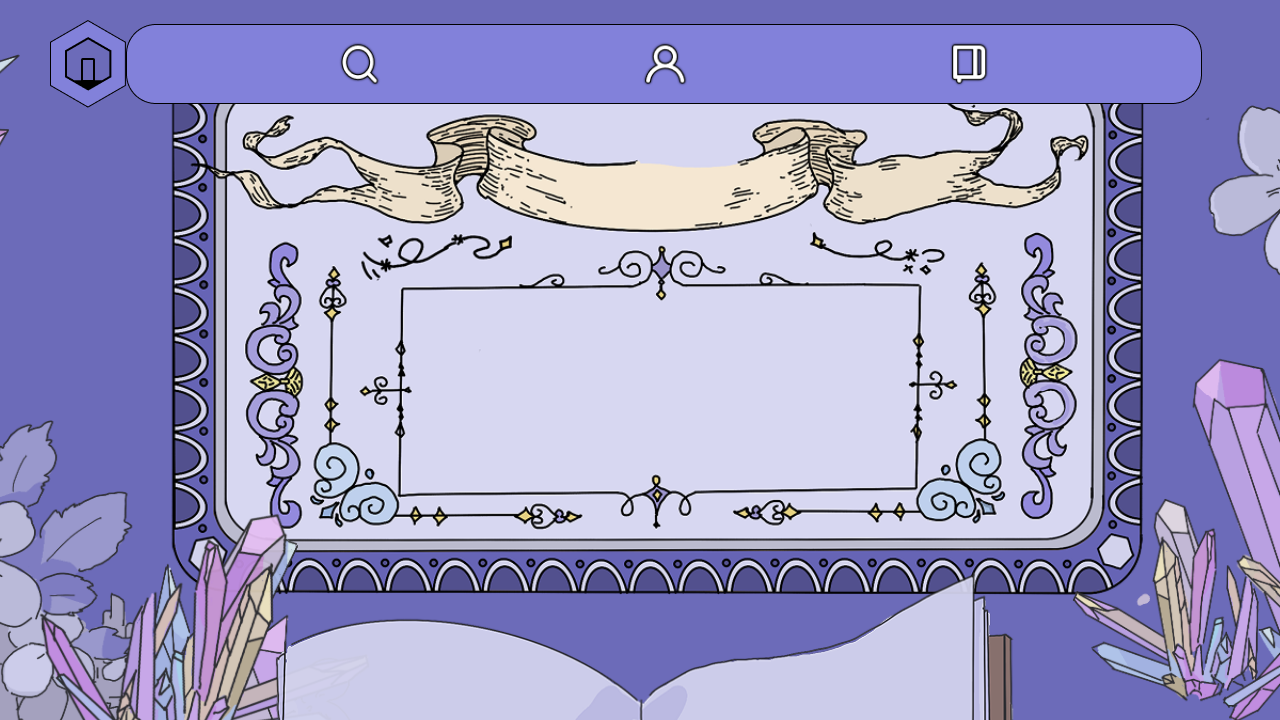
Repository: carolmmc/BabelLibrary
Page: shelf.html
An editor plug-in stored every save of this project. The page is shown before and after the next save, followed by the edit.
The browser window is 1280 px wide. The pictures show the window.
A layer covers the whole window, so only the first screen is drawn.

Above is the page before, as saved 2025-05-07 18:09:09.

After the next save:
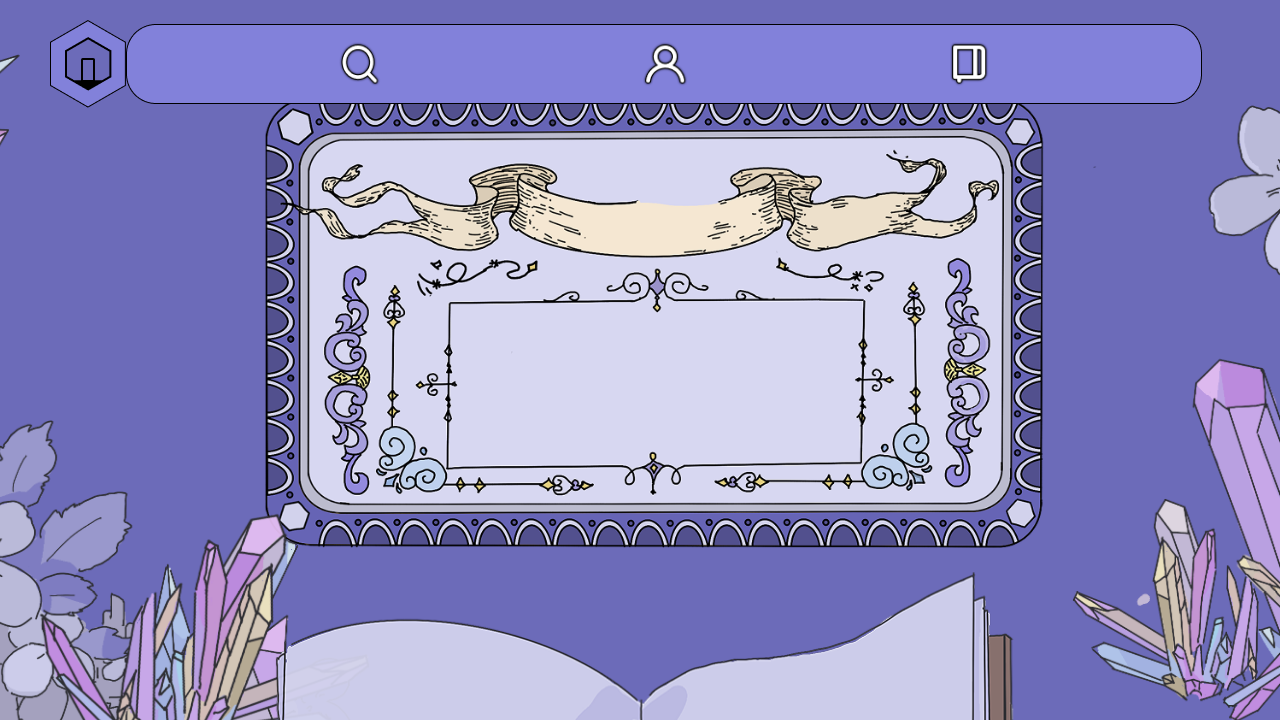
Saved 4 min 18 s later.
--- a/shelf.html
+++ b/shelf.html
@@ -100,8 +100,8 @@
 
         /* 添加书架图片容器样式 */
         .shelf-image-container {
-            width: 1674px;
-            height: 942px;
+            width: 1339px;
+            height: 754px;
             flex-shrink: 0;
             aspect-ratio: 279/157;
             display: flex;
